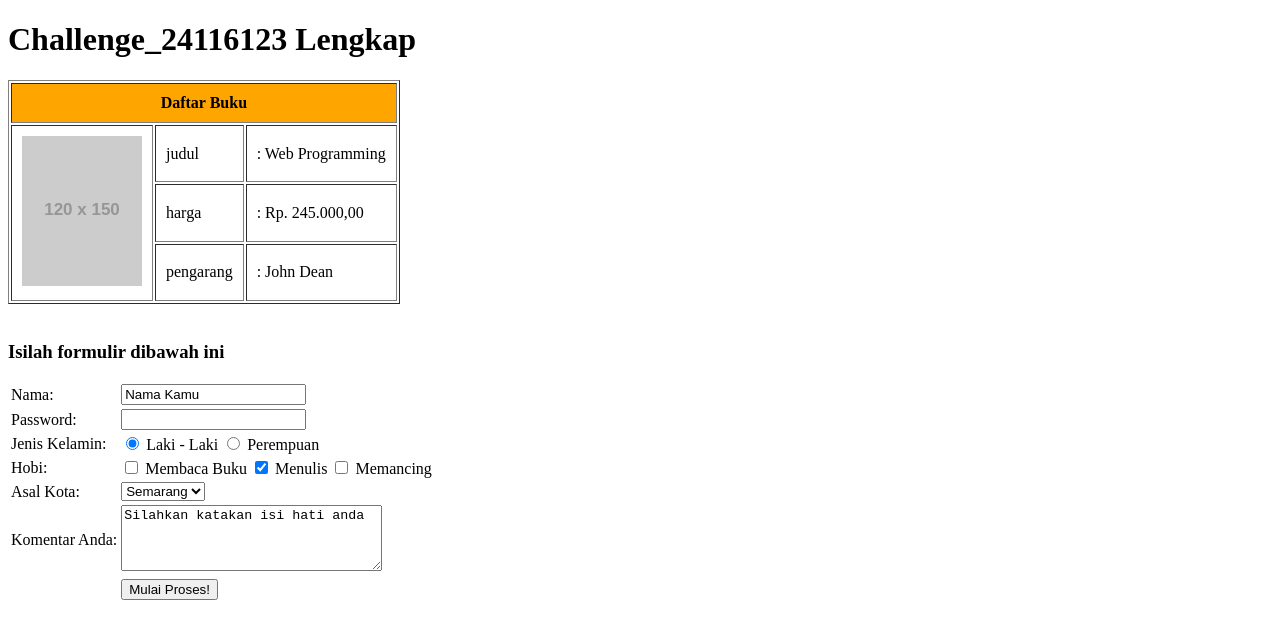
Repository: Abdsrya/Challenge_24116132
Page: Challenge_24116132.html
The author's editor kept a copy of each file at every save. The page is drawn from the files as they stood at one save, then again after the next save.
The browser window is 1280 px wide. The pictures show the whole page.

Above is the page before, as saved 2026-04-20 09:46:03.

After the next save:
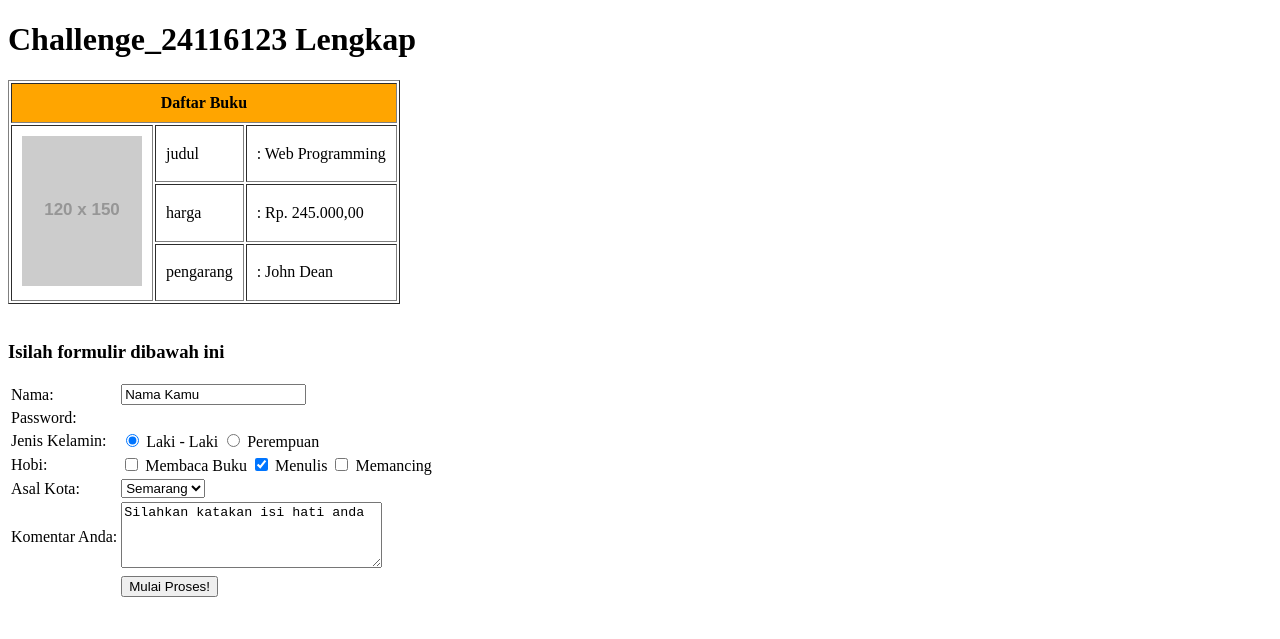
Saved 9 s later.
--- a/Challenge_24116132.html
+++ b/Challenge_24116132.html
@@ -42,7 +42,7 @@
         </tr>
         <tr>
             <td>Password:</td>
-            <td><input type="password"></td>
+            <td><inputtype="password"></td>
         </tr>
         <tr>
             <td>Jenis Kelamin:</td>
